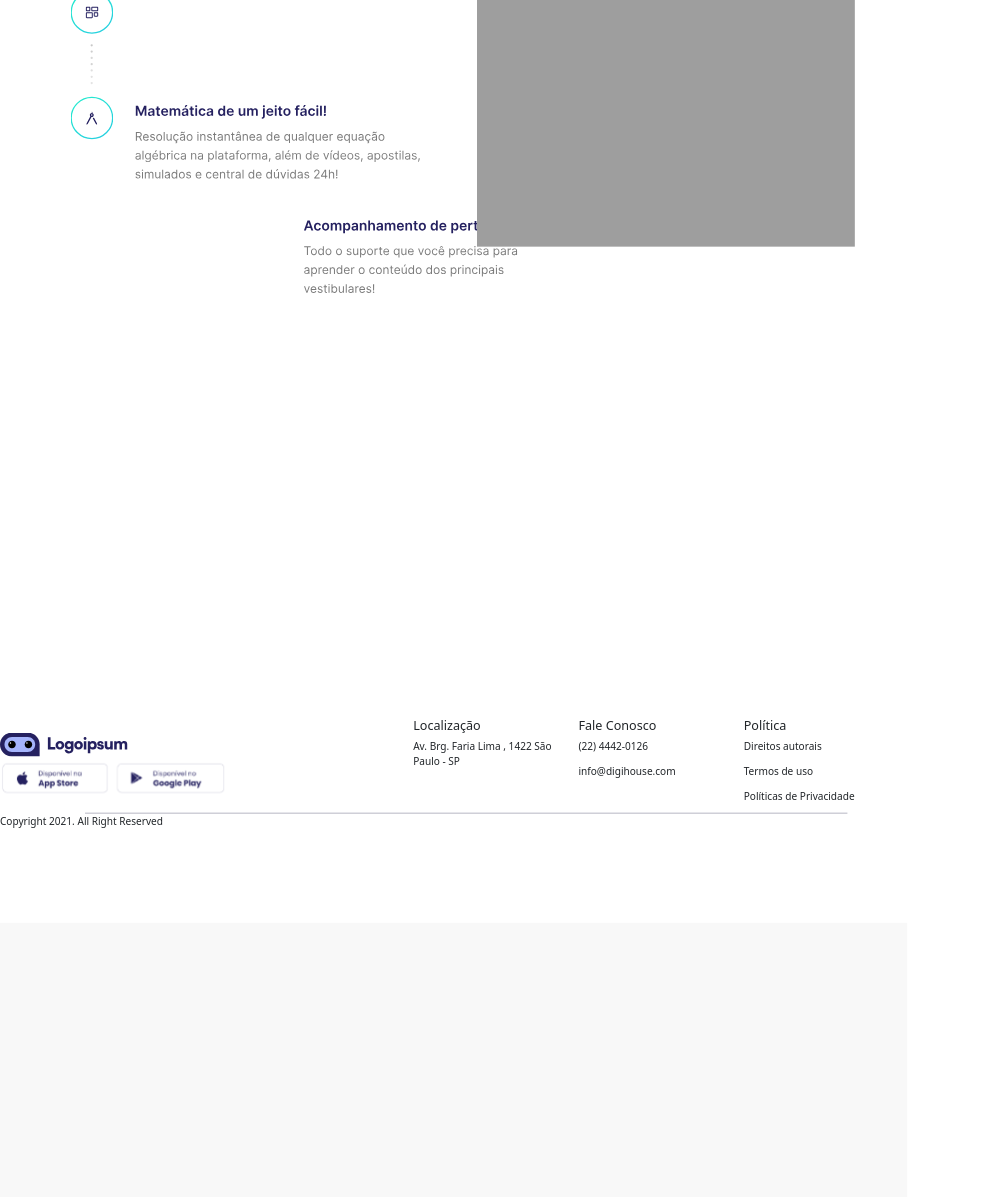
Repository: Williamlmachado/Desafio-Landing-page
Page: index.html
These files come from the project's save history. The page is drawn as it stood at one moment and after the next save; the edit follows.
The browser window is 1280 px wide. The page is 1562 px wide, so the pictures cover 1562 px, including what lies to the right of the window. The pictures show the part of the page from y = 1357 to 3257 px (the page is 3714 px tall), at 63% of full size.
Pictures or frames that could not be fetched are drawn as grey boxes.

Above is the page before, as saved 2021-11-08 16:25:55.

### index.html
<!DOCTYPE html>
<html lang="en">

<head>
  <meta charset="UTF-8">
  <meta http-equiv="X-UA-Compatible" content="IE=edge">
  <meta name="viewport" content="width=device-width, initial-scale=1.0">
  <link href="https://cdn.jsdelivr.net/npm/bootstrap@5.1.3/dist/css/bootstrap.min.css" rel="stylesheet"
    integrity="sha384-1BmE4kWBq78iYhFldvKuhfTAU6auU8tT94WrHftjDbrCEXSU1oBoqyl2QvZ6jIW3" crossorigin="anonymous">
  <link rel="stylesheet" href="style.css">
  <script src="https://cdn.jsdelivr.net/npm/bootstrap@5.1.3/dist/js/bootstrap.bundle.min.js"
    integrity="sha384-ka7Sk0Gln4gmtz2MlQnikT1wXgYsOg+OMhuP+IlRH9sENBO0LRn5q+8nbTov4+1p"
    crossorigin="anonymous"></script>
  <title>Document</title>

<body>
  <nav class="navbar navbar-expand-lg navbar-light bg-light">
    <a class="navbar-brand" href="#">
      <img src="img/logoipsum-logo-40 2.svg" alt="logo">
    </a>
    <button class="navbar-toggler" type="button" data-toggle="collapse" data-target="#navbarNav" aria-controls="navbarNav" aria-expanded="false" aria-label="Toggle navigation">
      <span class="navbar-toggler-icon"></span>
    </button>
    <nav>
    <div class="collapse navbar-collapse" id="navbarNav">
      <ul class="navbar-nav">
      <nav class="navbar-nav ml-auto">
        <li class="nav-item">
          <a class="nav-link disabled" href="#">Home <span class="sr-only"></span></a>
        </li>
        <li class="nav-item">
          <a class="nav-link disabled" href="#">Quem Somos</a>
        </li>
        <li class="nav-item-right">
          <a class="nav-link disabled" href="#">Plano</a>
        </li>
        <li class="nav-item">
          <a class="nav-link disabled" href="#">Fale Conosco</a>
        </li>
        <li class="nav-item">
          <button class="nav-button" type="button">Entrar</button>
        </li>
      </nav>
      </ul>
    </div>
  </nav>
  <div class="retangle-1">
      <img class="spaceboy" src="img/image 3.svg" alt="astronauta">
  </div>
  <div class="retangle-2">
    <div class="escolas">
    <img src="img/Captura de Tela 2021-05-22 às 02.33 1.svg" alt="escolas">
  </div>
  <div class="row">
    <div class="col"><img class="smallogos" src="img/Group 53.svg" alt="smallogos"><p class="group12"><img class="group12" src="img/Group 12.svg"></p><p><img class="group13" src="img/Group 13.svg"></p><p><img class="group14" src="img/Group 14.svg"></p></div>
    <div class="col"><img class="adolescente" src="img/pretty-teenager-happy-to-be-back-at-university 1.svg" alt="prettyteenager"></div>
  </div>
  <div class="retangle-3">
    </div>
  </div>
  </div>
  <footer id="footer" class="py-5">
    <div class="row">
      <div class="col-md-5">
        <img class="" src="img/logoipsum-logo-40 2.svg" alt="logo">
        <div><img class=""src="img/Captura de Tela 2021-05-25 às 19.59 1.svg" alt="androideios"></div>
      </div>
      <div class="col-sm-2">
        <h5>Localização</h5>
        <p>Av. Brg. Faria Lima , 1422 São Paulo - SP </p>
      </div>
      <div class="col-sm-2">
        <h5>Fale Conosco</h5>
        <p>(22) 4442-0126</p>
        <p>info@digihouse.com</p>
      </div>
      <div class="col-sm-2">
        <h5>Política</h5>
        <p>Direitos autorais</p>
        <p>Termos de uso</p>
        <p>Políticas de Privacidade</p>
      </div>
      <hr class="linha">
      <!-- <img class="copyright" src="img/Copyright.svg" alt="copyright"> -->
<span>Copyright 2021. All Right Reserved </span>
  </footer>
  </div>
</body>
</head>
</html>

### style.css
.nav-button{
    display: flex;
    flex-direction: row;
    justify-content: center;
    align-items: center;
    padding: 15px 116px;

    width: 133px;
    height: 43px;
    left: 1239px;
    top: 18px;

    /* Primary */
    background: #252160;

    /* Branco */
    border: 1px solid #FFFFFF;
    box-sizing: border-box;
    border-radius: 6px;
    color: #FFFFFF;
}

.nav-home{
    position: absolute;
    width: 46px;
    height: 22px;
    left: 5px;
    top: 0px;

    font-family: Inter;
    font-style: normal;
    font-weight: bold;
    font-size: 16px;
    line-height: 22px;

    /* identical to box height, or 137% */

    /* Primary */
    color: #252160;
}

.navbrad-brand{
    position: absolute;
    left: 58.02%;
    right: 35.2%;
    top: 34.99%;
    bottom: 29.03%;

    /* Primary */
    background: #252160;
}

#footer{
    position: absolute;
    width: 1550px;
    height: 373px;
    /* left: calc(50% - 1449px/2 + 4.5px); */
    top: calc(50% - 373px/2 + 2603.5px);

    /* Branco */
    background: #FFFFFF;
}

.imagemfooter{
    position: absolute;
    left: 3.51%;
    right: 72.51%;
    top: 18.75%;
    bottom: 18.75%;
    color: #A5B4FC;
}

.linha{
    margin-top: 150px;
    position: absolute;
    width: 1210px;
    left: 135px;
    border: 1px solid rgba(84, 84, 212, 0.34);
}

.col-md-5{
    align-items: center;
    align-content: center;
}

.copyright{

}

.retangle-1{
    position: absolute;
    width: 1440px;
    height: 821px;
    left: 0px;
    top: 79px;

    /* Primary */
    background: #252160;
}

.spaceboy{
    width: 50.02px;
    height: 36.06px;
    flex: none;
    order: 0;
    flex-grow: 0;
    margin: 0px 23px;
}

.retangle-2{
    position: absolute;
    width: 1440px;
    height: 821px;
    left: 0px;
    top: 900px;
    background: #ffff;
}
.retangle-3{
    position: absolute;
width: 1440px;
height: 954px;
left: 0px;
top: 1860px;

background: #F8F8F8
}

.escolas{
    position: absolute;
    width: 1270px;
    height: 164px;
    left: 66px;
    top: 35px;
}

.adolescente{
    position: relative;
    width: 600px;
    height: 738px;
    left: 25px;
    top: 105px;
    flex: none;
    order: 0;
    flex-grow: 0;
    margin: 6px 0px;
}

.smallogos{
    position: absolute;
    width: 67.79px;
    height: 403.63px;
    left: 112px;
    top: 275px;
}

.group12{
    position: absolute;
    width: 510.72px;
    height: 141px;
    left: 214px;
    top: 400px;
}

.group13{
    position: absolute;
    width: 510.72px;
    height: 155px;
    left: 195px;
    top: 275px;
}

.group14{
    position: absolute;
    width: 510.72px;
    height: 131px;
    left: 214px;
    top: 618px;
}

After the next save:
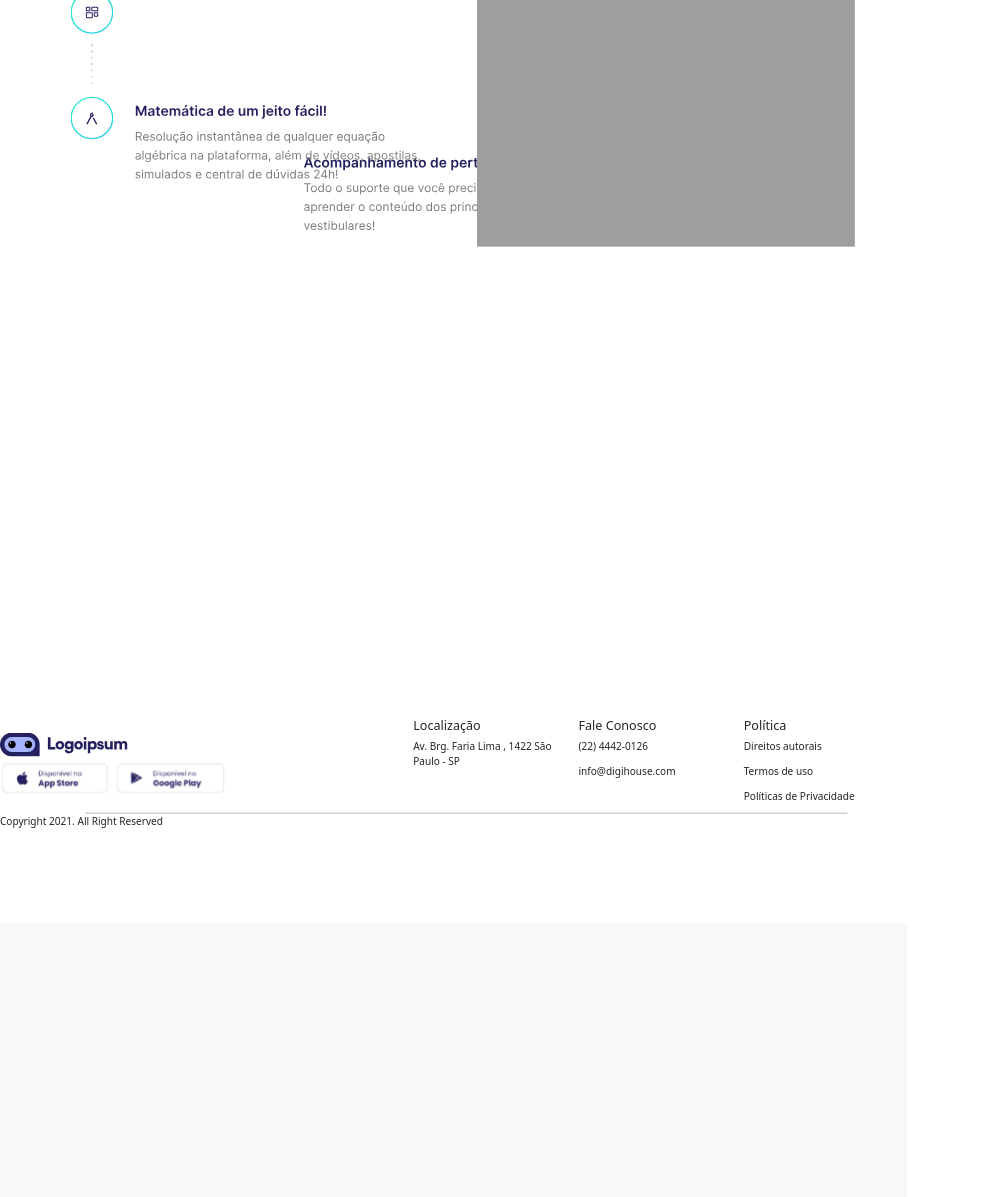
Saved 12 s later.
--- a/style.css
+++ b/style.css
@@ -158,7 +158,7 @@
     width: 510.72px;
     height: 141px;
     left: 214px;
-    top: 400px;
+    top: 350px;
 }
 
 .group13{
